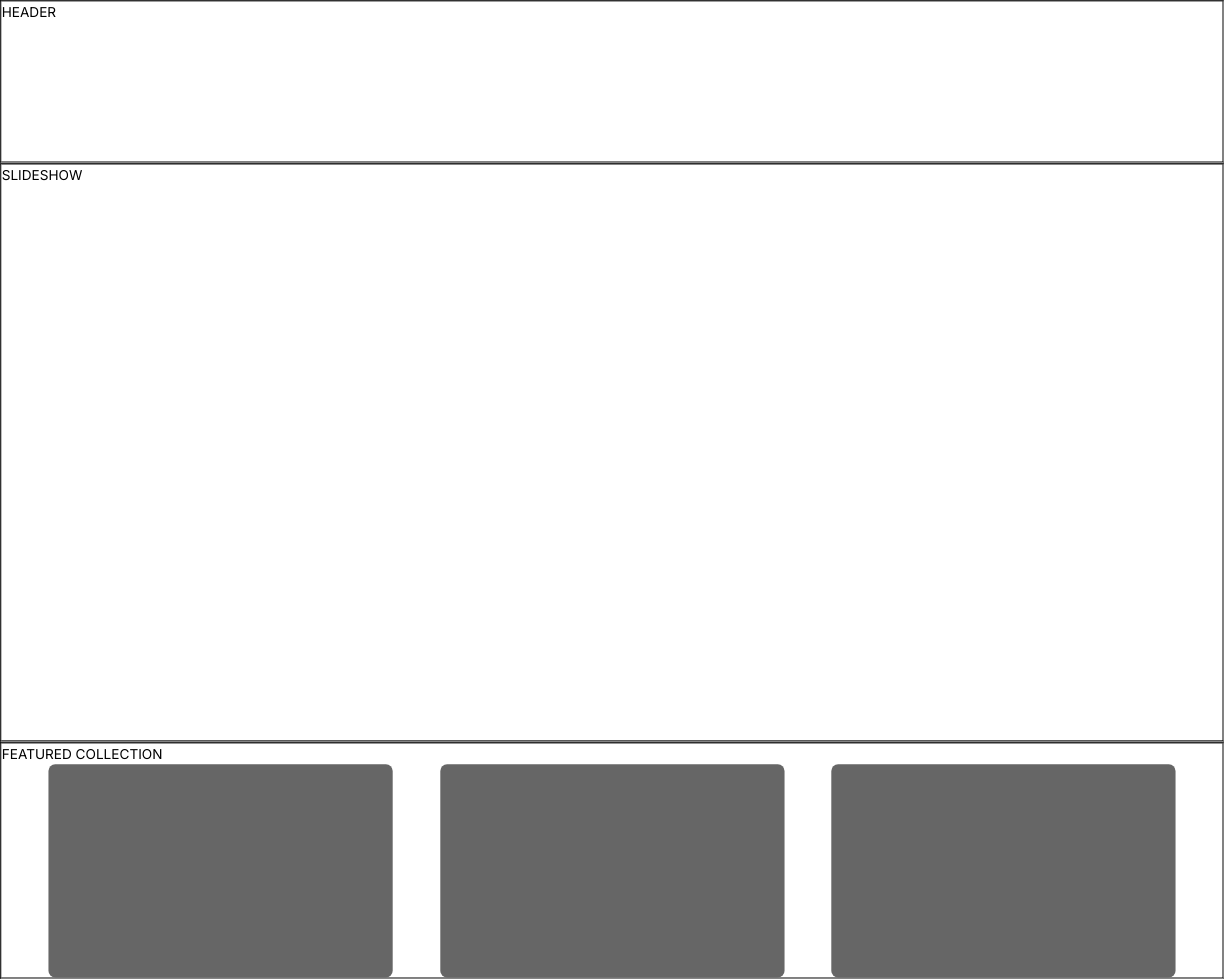
Repository: theophiloweb/landpage_disgital_store
Page: index.html
These files come from the project's save history. The page is drawn as it stood at one moment and after the next save; the edit follows.
The browser window is 1280 px wide. The page is 1440 px wide, so the pictures cover 1440 px, including what lies to the right of the window. The pictures show the whole page, at 85% of full size.

Above is the page before, as saved 2025-04-23 09:14:34.

### index.html
<!DOCTYPE html>
<html lang="en">

<head>
    <meta charset="UTF-8">
    <meta name="viewport" content="width=device-width, initial-scale=1.0">
    <title>Document</title>
    <script src="https://cdn.jsdelivr.net/npm/@tailwindcss/browser@4"></script>
    <link rel="stylesheet" href="style.css">
    <link rel="shortcut icon" href="./images/logo.svg" type="image/x-icon">
</head>

<body>

    <!-- Container principal  -->
    <div class="container">

        <header>
            <p>HEADER</p>
        </header>
        <main>

            <aside>
                <section class="slideshow">
                    <p>SLIDESHOW</p>
                </section>

                <section class="featured_collection">
                    <p>FEATURED COLLECTION</p>
                    <div class="img_featured_collection">
                        <div class="img_featured_collection_img1"></div>
                        <div class="img_featured_collection_img2"></div>
                        <div class="img_featured_collection_img3"></div>
                    </div>

                </section>

            </aside>

        </main>
    </div>
</body>

</html>

### style.css
@import url('https://fonts.googleapis.com/css2?family=Inter:ital,opsz,wght@0,14..32,100..900;1,14..32,100..900&family=Oswald:wght@200..700&family=Roboto:ital,wght@0,100..900;1,100..900&display=swap');

:root{
    --color-dark: #1F1F1F;
    --dark-gray-1: #474747;
    --dark-gray-2: #666666;
    --light-gray-1:#8F8F8F;
    --light-gray-2: #CCCCCC;
    --light-gray-3: #F5F5F5;
    --white: #FFFFFF;
    --primary: #C92071;
    --secundary: #B5B6F2;
    --tTertiary: #991956;
    --error: #EE4266;
    --success: #52CA76;
    --warning: #F6AA1C;
    --primary-g: linear-gradient(top, #C92071 0%, #EDABCA 100%);
    --secondary-g: linear-gradient(top, #B5B6F2 0%, #EFEFFF 100%);
}

*{
    margin: 0;
    padding: 0;
    box-sizing: border-box;
    font-family: "Inter", sans-serif;
}

body{
    width: 100%;
    height: auto;
    display: grid;
    place-items: center;
    grid-template-columns: auto;
    grid-template-rows: auto;
}

.container{
    display: grid;
    grid-template-rows: 1fr;
    place-items: center;
    max-width: 1440px;

}

/* Header */
header{
    border: 2px groove var(--color-dark);
    width: 1440px;
    height: 192px;
}

/* Section Central Slideshow */
.slideshow{
    border: 2px groove var(--color-dark);
    width: 1440px;
    height: 681px;
}

/* Section Central featured_collection - Image */
.featured_collection{
    border: 2px groove var(--color-dark);
    max-width: 1440px;
}

.img_featured_collection{
    display: flex;

    justify-content: space-evenly;
}

.img_featured_collection_img1  {
    width: 405px;
    height: 251px;
    border-radius: 8px;
    background-color: var(--dark-gray-2);
}
.img_featured_collection_img2  {
    width: 405px;
    height: 251px;
    border-radius: 8px;
    background-color: var(--dark-gray-2);
}
.img_featured_collection_img3  {
    width: 405px;
    height: 251px;
    border-radius: 8px;
    background-color: var(--dark-gray-2);
}

After the next save:
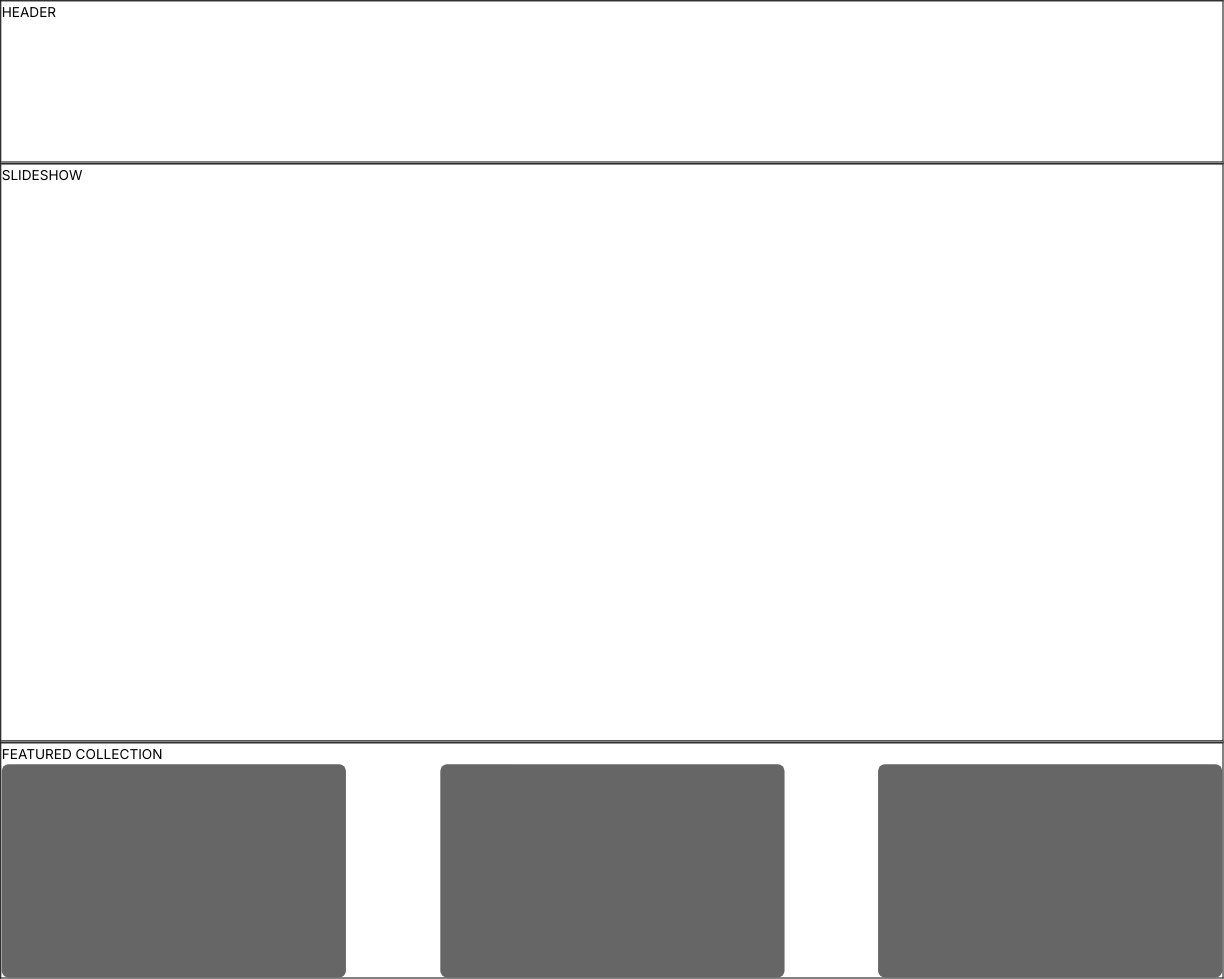
Saved 66 s later.
--- a/style.css
+++ b/style.css
@@ -65,7 +65,7 @@ header{
 .img_featured_collection{
     display: flex;
 
-    justify-content: space-evenly;
+    justify-content: space-between;
 }
 
 .img_featured_collection_img1  {
